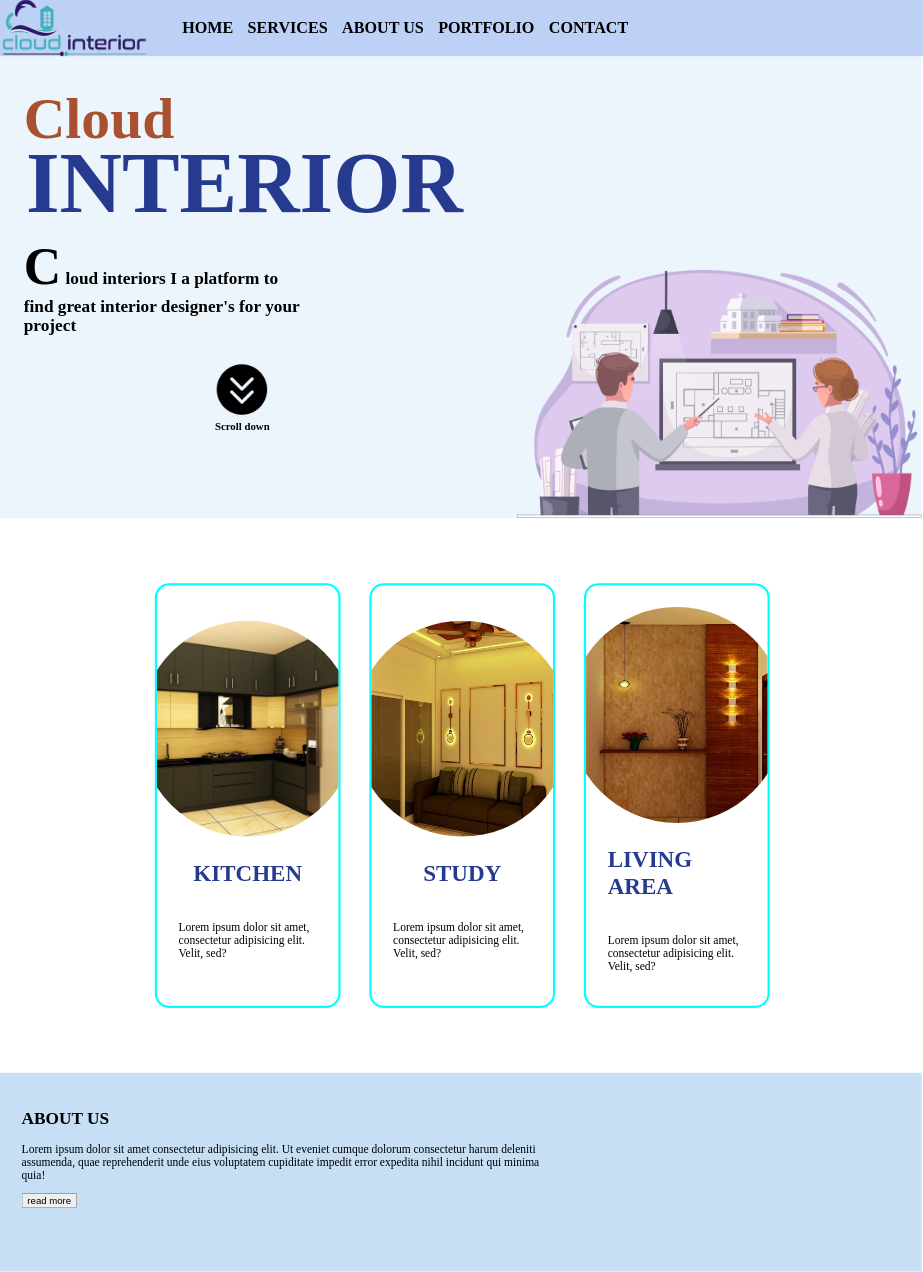
Repository: Ganavid/ganavidgowda.github.io
Page: cloud interior/‌index.html
An editor plug-in stored every save of this project. The page is shown before and after a run of saves, followed by the edit.
The browser window is 1280 px wide. The page is 1282 px wide, then 1280 px, so the pictures cover 1282 px, including what lies to the right of the window. The pictures show the whole page, at 72% of full size.

Above is the page before, as saved 2023-03-04 03:17:35.

### cloud interior/‌index.html
<!DOCTYPE html>
<html lang="en">

<head>
    <meta charset="UTF-8">
    <meta http-equiv="X-UA-Compatible" content="IE=edge">
    <meta name="viewport" content="width=device-width, initial-scale=1.0">
    <link rel="stylesheet" href="interial.css">
    <title>cloud</title>
</head>

<body>
    <div id="mainr">
    <nav id="navbar">
        <div id="logocnt">
            <img id="logo" src="Layer 2.png" alt="the company" width="100px" height="50px">

        </div>
        <ul id="contents">
            <li class="item">
                <a href="interial.html">HOME</a>
            </li>
            <li class="item">
                <a href="#SERVICES">SERVICES</a>
            </li>
            <li class="item">
                <a href="about.html">ABOUT US</a>
            </li>
            <li class="item">
                <a href="gallery.html">PORTFOLIO</a>
            </li>
            <li class="item">
                <a href="register.html">CONTACT</a>
            </li>
        </ul>
    </nav>
</div>
    <div id="content2">
        <div id="subcontent">
            <h1>Cloud <br><span>Interior</span> </h1>
            <p><span>C</span>   loud interiors I a platform
                to find great interior designer's
                for your project
            </p>
            <img src="scroll.png" alt="scroll down" id="scro">
            <p style="font-size: 15px;align-self: center;">Scroll down</p>
        </div>

        <div id="subcntimg">
            <img src="Group 1.png" alt=" studio" id="starter">
        </div>
    </div>


        <!-- <h2 style="text-align: center;">SERVICES WE OFFER</h2> -->
        <div id="services">

            <div class="items">
                <img class="img1" src="ki1.jpeg" width="200px" height="300px" alt="kitchen">
                <h3 style="font-size: 200%;font-family: Montserrat;font-weight: SemiBold;color: #263B8F;text-transform: capitalize;">KITCHEN</h3>
                <p>Lorem ipsum dolor sit
                    amet, consectetur adipisicing
                    elit. Velit, sed?
                </p>
            </div>
            <div class="items">
                <img class="img1" src="h4.jpeg" width="200px" height="300px" alt="studyroom">
                <h3 style="font-size: 200%;font-family: Montserrat;font-weight: SemiBold;color: #263B8F; text-transform: capitalize;">STUDY</h3>
                <p>Lorem ipsum dolor sit
                    amet, consectetur adipisicing
                    elit. Velit, sed?
                </p>
            </div>
            <div class="items">
                <img class="img1" src="h2.jpeg" width="200px" height="300px" alt="bathroom">
                <h3 style="font-size: 200%;font-family: Montserrat;font-weight: SemiBold;text-transform: capitalize;color: #263B8F;">LIVING AREA</h3>
                <p>Lorem ipsum dolor sit
                    amet, consectetur adipisicing
                    elit. Velit, sed?
                </p>
            </div>
        </div>

    <div id="about">
        <h2>ABOUT US</h2>
        <p id="abtcon">Lorem ipsum dolor sit amet consectetur adipisicing elit. Ut eveniet cumque dolorum consectetur
            harum deleniti assumenda, quae reprehenderit unde eius voluptatem cupiditate impedit error expedita nihil
            incidunt qui minima quia!</p>
        <button id="button">read more</button>
    </div>

</body>

</html>

### cloud interior/interial.css
body{
    margin: 0px;
    padding: 0px;
    border: 0px;
}


nav{
    display: flex;
    justify-content: left;
    background-color: #BDD0F5;
    padding: 3px;
    align-items: center;
    position: fixed;
    width: 100vw;
    height: 10vh;
    min-height: 20px;
}

#logocnt{
    display: flex;
    flex-direction: row;
    margin:8px 0px 8px 0px;
    padding-top: 5px;
    padding-bottom: 5px;
}

#logo{
    height: 80px;
    width: 200px;
    margin:8px 0px 8px 0px;
    padding-top: 10px;
    padding-bottom: 10px;
}

#contents{
    display: flex;
    flex-direction: row;
    list-style: none;

}
#contents li{
    display: flex;
    flex-direction: row;
    list-style: none;
    margin: 0px 10px 0px 10px;

}


#contents li a{
    text-decoration: none;
    margin: 0xp 10px 0px 10px;
    color:white;
    font-family: ebrima;
    font-weight: bold;
    font-size: 140%;
    color: black;
}

#content2 {
    display: flex;
    flex-direction:row;
    margin: 0px;
    padding: 0px;
    justify-content:space-between;
    height: 100vh;
    background-color: rgba(112, 174, 229, 0.13) ;
    op
}


#subcontent{
    display: flex;
    flex-direction: column;
    width: 50%;
    align-items: normal;
    justify-content: center;
    margin: 3px;
    padding: 5px;
}

#subcontent h1 {
    color: #A8502F;
    font-size: 500%;
    font-family: Arial Rounded MT;
    font-weight: bold;
    margin: 3px;
    padding: 5px;
    margin-left: 20px;
    line-height: 90px;
}

#subcontent h1 span{
    color: #263B8F;
    font-size: 150%;
    margin: 3px;
    text-transform: uppercase;
}

#subcontent p{
    max-width: 60%;
    font-size: 150%;
    font-family: Ebrima;
    font-weight: bold;
    margin: 3px;
    padding: 5px;
    margin-left: 20px;
}

#subcontent p span{
    font-size: 300%;
}

#scro{
    height: 70px;
    width: 70px;
    display: flex;
    align-self: center;
    margin-top: 5%;
    margin-left: 15px;
}

#subcntimg{
    display: flex;
    flex-direction: row;
    align-self: flex-end;
    justify-content: flex-end;
    width: 50%;
    height: 100%;
}

#starter{
    align-self: flex-end;
    width: 90%;
    margin-bottom: 1px;

}

/* img{
    margin-top: 20px;
    width: 400px;
    align-items: center;
} */

#ser{
    /* border: solid aquamarine; */
    margin: 0px;
    padding: 0px;
    width: 100%;


}
#services{
    display: flex;
    flex-direction: row;
    overflow:wrap;
    padding: 0px;
    margin: 2px;
    width: 100%;
    margin-top: 70px;
    margin-bottom: 70px;
    justify-content: center;
}
.items{
    display: flex;
    flex-direction: column;
    overflow:hidden;
    padding: 30px;
    border: solid aqua;
    align-content: space-around;
    margin: 20px;
    align-items: center;
    justify-content: center;
    border-radius: 20px;
    max-width: 15%;

}

.img1{
    border-radius: 100%;
    width:300px;

}

#about{
    background-color: rgba(112, 174, 229, 0.4);
    justify-content: center;
    height: 30vh;
    padding: 30px;
}

#abtcon{
    width: 60%;
}

After the next 3 saves:
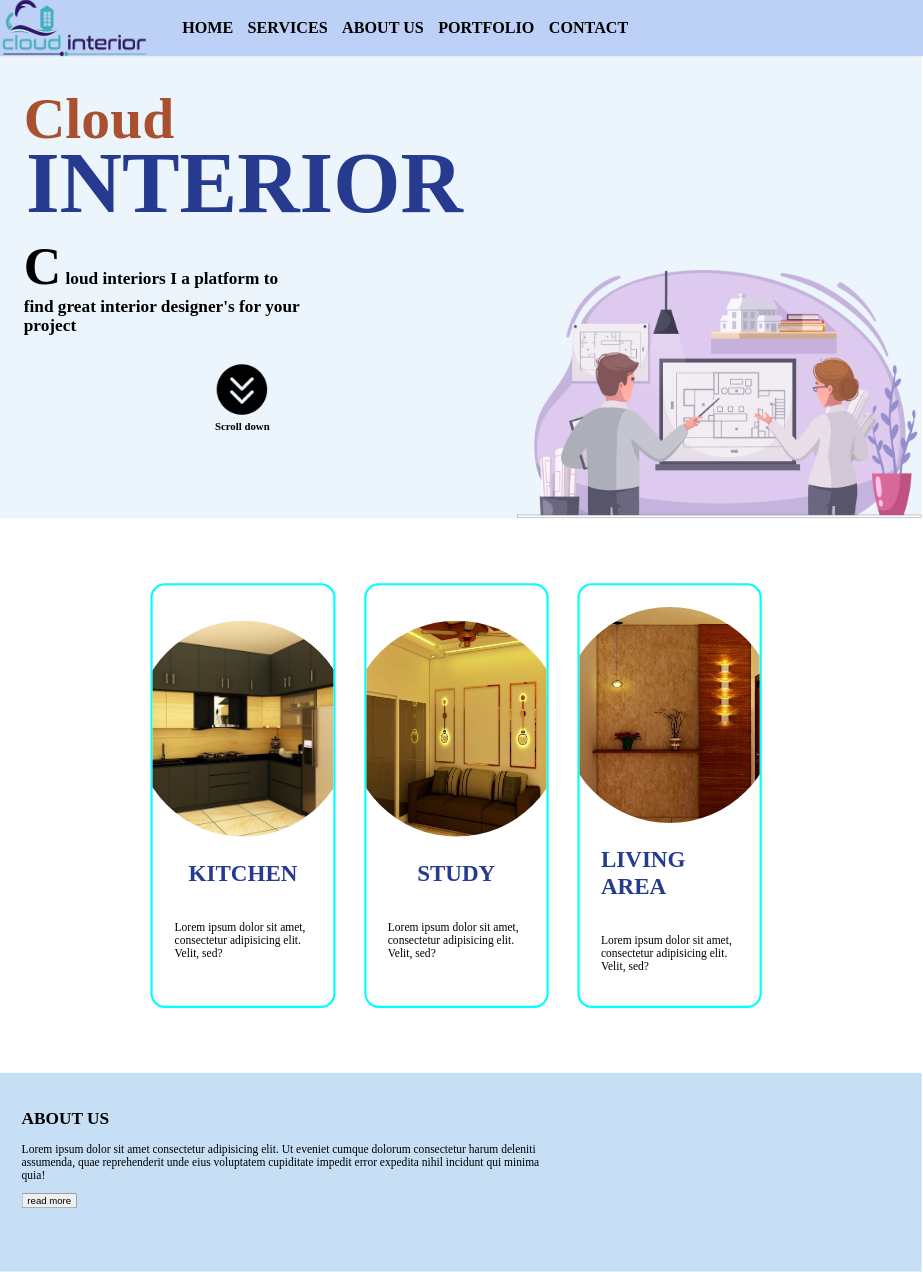
The 3 saves are shown as one change because they came seconds apart.
The last was saved 10 s later.
--- a/cloud interior/interial.css
+++ b/cloud interior/interial.css
@@ -156,8 +156,8 @@ nav{
     flex-direction: row;
     overflow:wrap;
     padding: 0px;
-    margin: 2px;
-    width: 100%;
+    margin: 0px;
+    width: 99%;
     margin-top: 70px;
     margin-bottom: 70px;
     justify-content: center;
